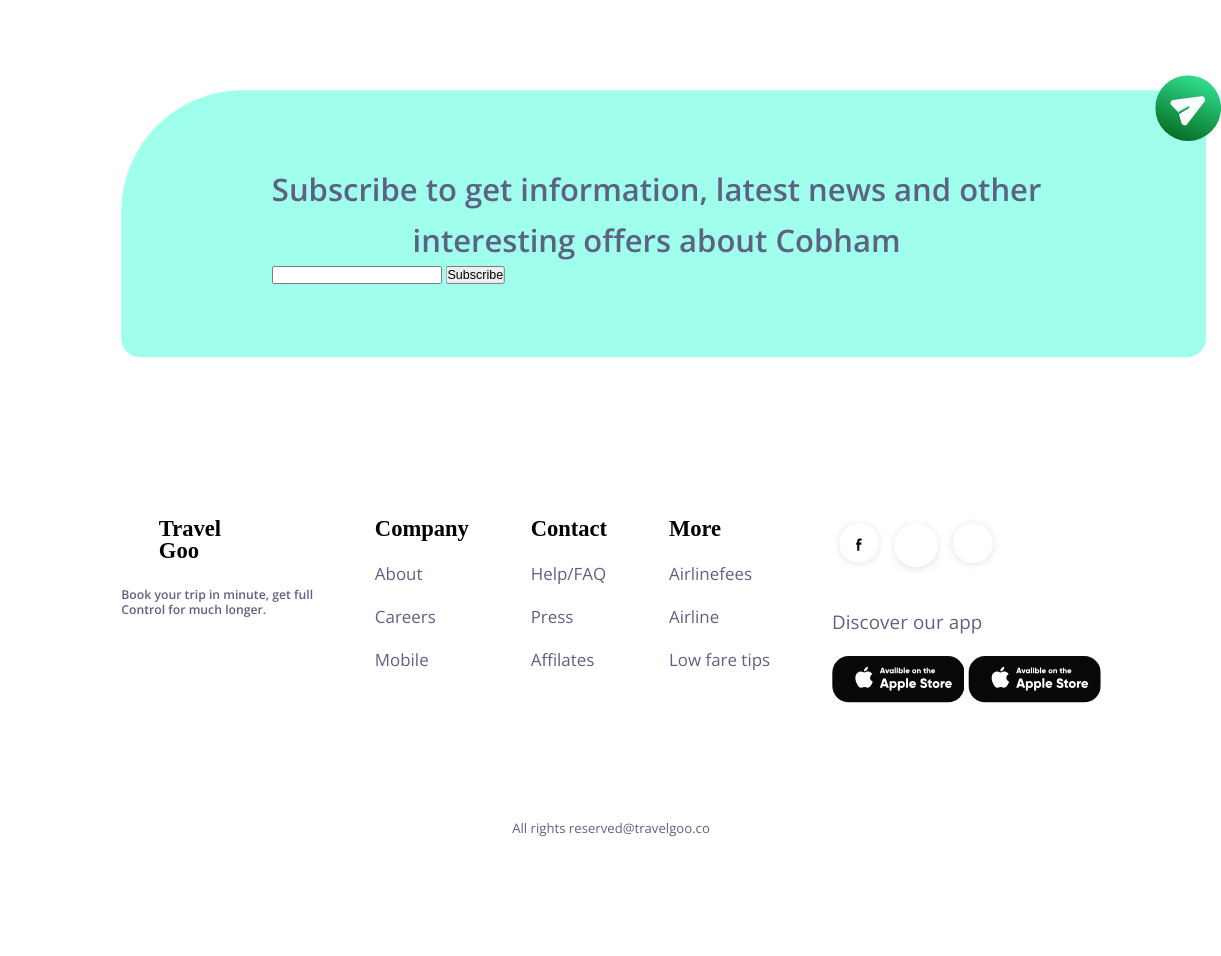
Repository: HeybetzadeQedim/task-5
Page: index.html
An editor plug-in stored every save of this project. The page is shown before and after a run of saves, followed by the edit.
The browser window is 1280 px wide. The page is 1299 px wide, so the pictures cover 1299 px, including what lies to the right of the window. The pictures show the whole page, at 94% of full size.
Some web fonts or font styles are not loaded; a fallback is used.

Above is the page before, as saved 2023-10-16 16:14:58.

### index.html
<!DOCTYPE html>
<html lang="en">
  <head>
    <meta charset="UTF-8" />
    <meta name="viewport" content="width=device-width, initial-scale=1.0" />
    <title>Document</title>
    <link rel="stylesheet" href="./index.css" />
  </head>
  <body>
    <div class="container">
      <div class="relative-container">
        <div class="box-container">
          <h1>
            Subscribe to get information, latest news and other interesting
            offers about Cobham
          </h1>

  <form action="">
    <input type="text">
    <button>Subscribe</button>
  </form>
        </div>
        <div class="image-container">
          <img src="images/Group 77 (1).svg" />
        </div>
      </div>

      <div class="main-container">
        <div class="main-box">
          <div class="position-container">
            <h2>
              Travel<br />
              Goo
            </h2>
            <p>
              Book your trip in minute, get full<br />
              Control for much longer.
            </p>
          </div>


            <ul>
                <h2>Company</h2>
              <li>About</li>
              <li>Careers</li>
              <li>Mobile</li>
            </ul>

            <ul>
                <h2>Contact</h2>
              <li>Help/FAQ</li>
              <li>Press</li>
              <li>Affilates</li>
            </ul>
            <ul>
                <h2>More</h2>
              <li>Airlinefees</li>
              <li>Airline</li>
              <li>Low fare tips</li>
</ul>
          <div class="last-container">
            <div class="circle-box">
                <img src="images/Social.svg" />
                <img src="images/Background (1).svg" />
                <img src="images/Background (1).svg" />
            </div>
           <p>Discover our app</p>
      <div class="buttons-box">
              <img src="images/Play Store.svg" />
            <img src="images/Play Store.svg" />
      </div>
          </div>
        </div>
        <div class="footer-box">
          <p>All rights reserved@travelgoo.co</p>
        </div>
      </div>
    </div>
  </body>
</html>

### index.css
@import url("https://fonts.googleapis.com/css2?family=Laila:wght@700&family=Montserrat&family=Open+Sans:wght@400;600;700&display=swap");
* {
  padding: 0;
  margin: 0;
  box-sizing: border-box;
}
.container {
  padding: 96px 109px 64px 129px;
}
.box-container {
  padding: 79px 175px 78px 160px;
  border-radius: 0px 24px 0px 50px;
  display: inline-block;
  background: #9fffec;
  border-radius: 129px 20px 20px 20px;
}
.box-container h1 {
  width: 819px;
  color: var(--TEXT-CLR, #5e6282);
  text-align: center;
  font-family: Open Sans;
  font-size: 33px;
  font-style: normal;
  font-weight: 600;
  line-height: 54px; /* 163.636% */
}
.box-container img:first-child {
  width: 70px;
  height: 70px;
}
.image-container {
  position: absolute;
  top: -16px;
  right: 0;
}
.relative-container {
  width: 1170px;
  position: relative;
  margin-bottom: 170px;
}
.flex-container {
  display: flex;
}
.flex-container-2 {
  margin-top: 75px;
  padding: 25px 0 25px 31px;
  width: 421px;
  display: flex;
  border-radius: 10px;
  background: var(--white, #fff);
}
.flex-container-2 img:first-child {
  width: 21px;
  height: 18px;
}
.flex-container-2 p {
  margin-left: 14px;
  color: var(--TEXT-COLOR, #39425d);
  font-family: Montserrat;
  font-size: 14px;
  font-style: normal;
  font-weight: 400;
  line-height: normal;
}
.button-container p {
  margin-top: 80px;
  margin-left: 24px;
  padding: 22px 50px 23px 50px;
  border-radius: 10px;
  background-color: #00a651;
  display: inline-block;
  color: var(--white, #fff);
  text-align: center;
  font-family: Open Sans;
  font-size: 17px;
  font-style: normal;
  font-weight: 600;
  line-height: normal;
}
.main-container .main-box {
  display: flex;
  justify-content: space-between;
}
.position-container {
  /* position: absolute; */
}
.main-container h2 {
  margin-bottom: 25px;
  /* margin-left: 40px; */
  color: #000;
  font-family: Laila;
  font-size: 24px;
  font-style: normal;
  font-weight: 700;
  line-height: 102.5%;
}
.position-container h2 {
  margin-left: 40px;
}
.main-container p {
  color: var(--TEXT-CLR, #5e6282);
  font-family: Open Sans;
  font-size: 13px;
  font-style: normal;
  font-weight: 600;
  line-height: 124.5%;
}
ul h2 {
  margin-bottom: 47px;
}

ul li {
  margin-bottom: 23px;
  list-style-type: none;
  color: var(--TEXT-CLR, #5e6282);
  font-family: Open Sans;
  font-size: 18px;
  font-style: normal;
  font-weight: 400;
  line-height: 124.5%;
}

.last-container p {
  /* margin-right: 160px; */
  margin-bottom: 22px;
  margin-top: 37px;
  color: var(--TEXT-CLR, #5e6282);
  font-family: Open Sans;
  font-size: 20px;
  font-style: normal;
  font-weight: 400;
  line-height: 124.5%;
  letter-spacing: 0.1px;
}
.last-container .circle-box img:first-child {
  width: 58px;
  height: 58px;
}
.last-container .circle-box img:nth-child(2) {
  width: 63px;
  height: 63px;
}
.last-container .circle-box img:nth-child(3) {
  /* margin-right: 150px; */
  width: 58px;
  height: 58px;
}

.footer-box p {
  margin-top: 120px;
  margin-bottom: 64px;
  text-align: center;
  color: var(--TEXT-CLR, #5e6282);
  font-family: Open Sans;
  font-size: 14px;
  font-style: normal;
  font-weight: 400;
  line-height: 124.5%;
}

.circle-box {
  display: flex;
}

After the next 5 saves:
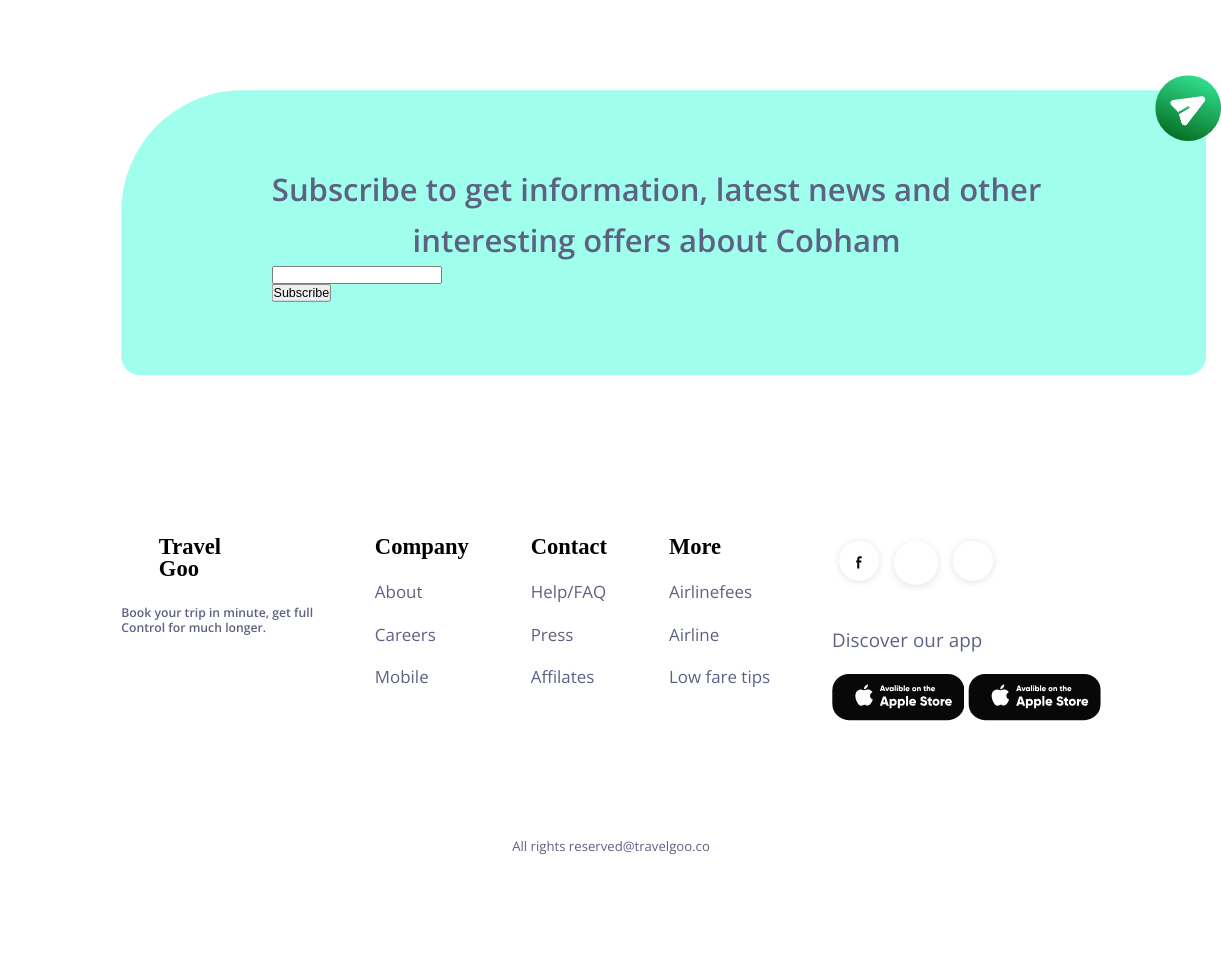
The 5 saves are shown as one change because they came seconds apart.
The last was saved 19 s later.
--- a/index.html
+++ b/index.html
@@ -16,7 +16,11 @@
           </h1>
 
   <form action="">
-    <input type="text">
+
+    <div class="input-box">
+
+        <input type="text">
+    </div>
     <button>Subscribe</button>
   </form>
         </div>
